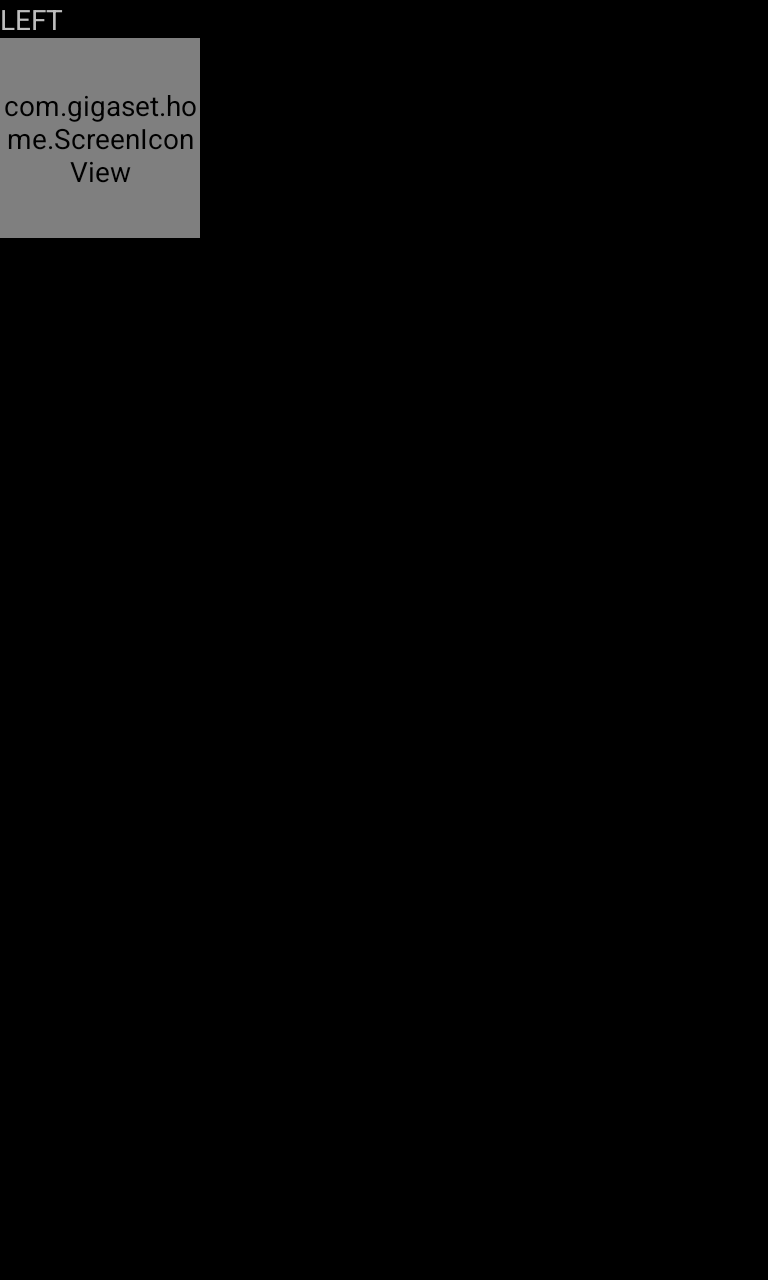
Repository: yoszka/test
Layout: com.example.android.home.Home/res/layout/left.xml
An editor plug-in stored every save of this project. The layout is shown before and after the next save, followed by the edit.
Pictures or frames that could not be fetched are drawn as grey boxes. It is drawn on a 768 x 1280 px phone screen (xhdpi) without system bars, with theme android:Theme; the app's code is not run.

Above is the layout before, as saved 2012-09-10 16:33:40.

### com.example.android.home.Home/res/layout/left.xml
<?xml version="1.0" encoding="utf-8"?>
<LinearLayout xmlns:android="http://schemas.android.com/apk/res/android"
    		  xmlns:atrybutes="http://schemas.android.com/apk/res/com.gigaset.home"
    android:layout_width="match_parent"
    android:layout_height="match_parent"
    android:orientation="vertical">

    <TextView
        android:id="@+id/textViewLeft"
        android:layout_width="wrap_content"
        android:layout_height="wrap_content"
        android:text="LEFT" />

         <com.gigaset.home.ScreenIconView
        android:id="@+id/screenIndicator"
        android:layout_width="100dp"
        android:layout_height="100dp"
        atrybutes:icon_active = "50"
        atrybutes:icon_inactive  = "@android:drawable"
        atrybutes:pages_cnt 	 = "3"
        atrybutes: 	 = "150"/>

</LinearLayout>

### com.example.android.home.Home/res/drawable/tlo.xml
<?xml version="1.0" encoding="utf-8"?>
<shape xmlns:android="http://schemas.android.com/apk/res/android" >
    <corners android:radius="5dp" />
    <gradient android:startColor="#500" android:endColor="#DDD" android:type="linear"/>
    <stroke android:color="#0f0" android:width="3dp"/>

</shape>

After the next save:
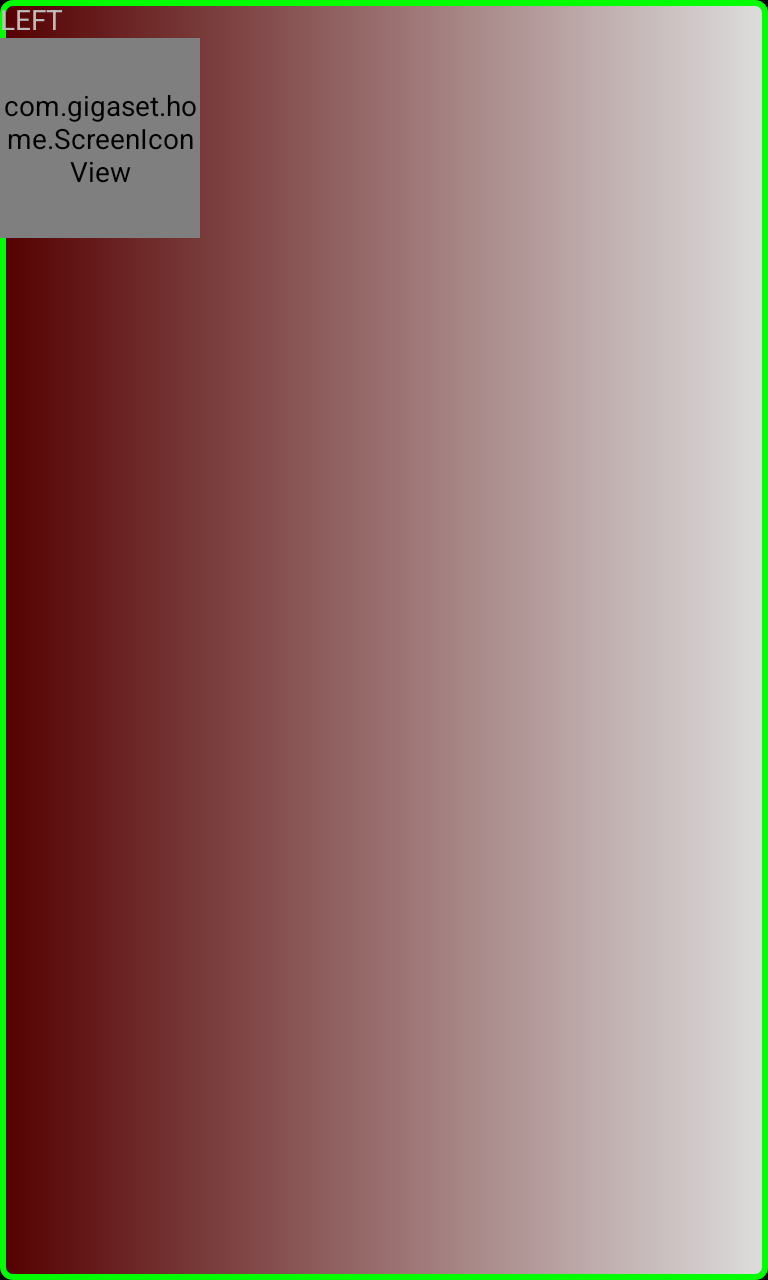
Saved 104 s later.
--- a/com.example.android.home.Home/res/layout/left.xml
+++ b/com.example.android.home.Home/res/layout/left.xml
@@ -3,7 +3,8 @@
     		  xmlns:atrybutes="http://schemas.android.com/apk/res/com.gigaset.home"
     android:layout_width="match_parent"
     android:layout_height="match_parent"
-    android:orientation="vertical">
+    android:orientation="vertical"
+    android:background="@drawable/tlo">
 
     <TextView
         android:id="@+id/textViewLeft"
@@ -13,11 +14,11 @@
 
          <com.gigaset.home.ScreenIconView
         android:id="@+id/screenIndicator"
-        android:layout_width="100dp"
-        android:layout_height="100dp"
-        atrybutes:icon_active = "50"
-        atrybutes:icon_inactive  = "@android:drawable"
+        android:layout_width	 = "100dp"
+        android:layout_height	 = "100dp"
+        atrybutes:icon_active 	 = "@drawable/tlo"
+        atrybutes:icon_inactive  = "@drawable/tlo"
         atrybutes:pages_cnt 	 = "3"
-        atrybutes: 	 = "150"/>
+        atrybutes:default_active = "1"/>
 
 </LinearLayout>
